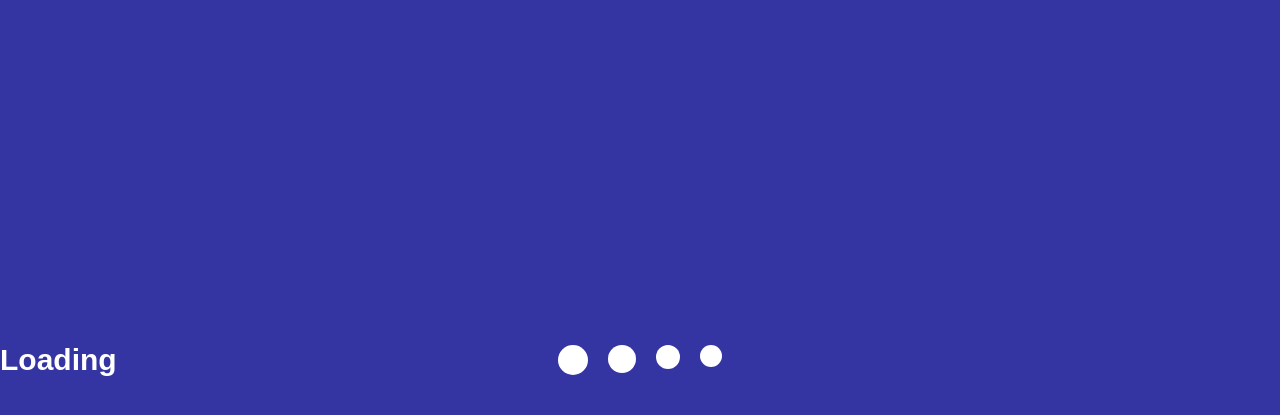
Repository: DevMike1993/100_Projects_HTML_CSS_JAVASCRIPT
Page: 02_Creative_Loading_Animation/index.html
An editor plug-in stored every save of this project. The page is shown before and after a run of saves, followed by the edit.
The browser window is 1280 px wide. The pictures show the whole page.

Above is the page before, as saved 2023-11-26 17:32:02.

After the next 2 saves:
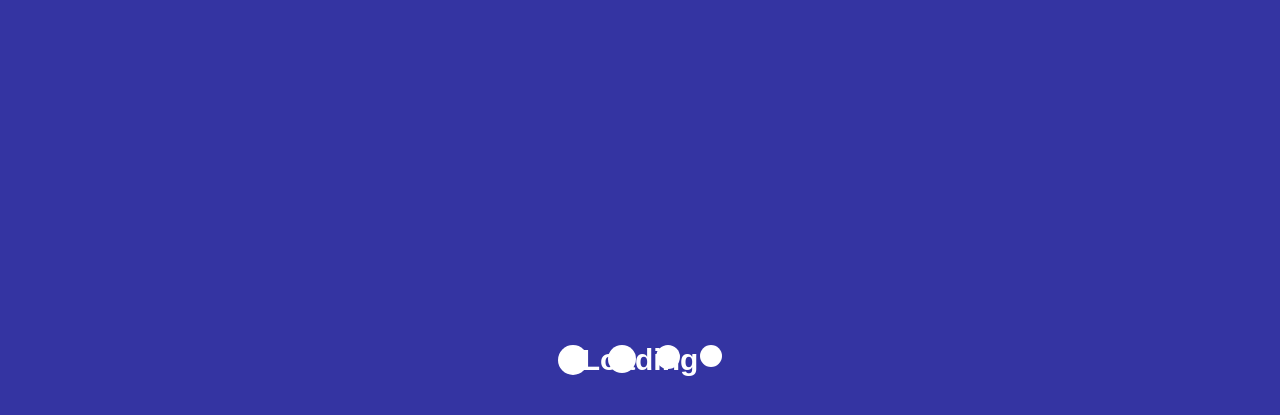
The 2 saves are shown as one change because they came seconds apart.
The last was saved 8 s later.
--- a/02_Creative_Loading_Animation/style.css
+++ b/02_Creative_Loading_Animation/style.css
@@ -19,7 +19,7 @@ body{
 .content{
     text-align: center;
     position: absolute;
-    left: 0;
+    center: 0;
     bottom: 50;
 }
 
